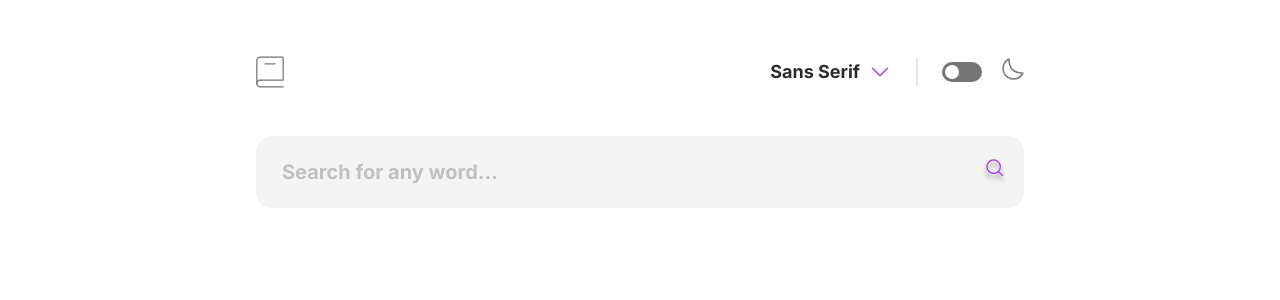
Repository: nabgouri/dictionary-web-app
Page: /
These files come from the project's save history. The page is drawn as it stood at one moment and after the next save; the edit follows.
The browser window is 1280 px wide. The pictures show the whole page.
The project was rebuilt for these pictures with package versions that can differ from the ones it lists, and the page was loaded fresh each time. Also part of the build but not shown: vite.config.js, src/components/WordSpelling.jsx, src/components/WordInfo.jsx, src/components/Footer.jsx, src/components/Error.jsx, src/components/LoadSpinner.jsx.

Above is the page before, as saved 2024-09-07 08:12:13.

### index.html
<!DOCTYPE html>
<html lang="en">
  <head>
    <meta charset="UTF-8" />
    <link rel="icon" type="image/svg+xml" href="/public/iconoir_book.svg" />
    <link rel="preconnect" href="https://fonts.googleapis.com" />
    <link rel="preconnect" href="https://fonts.gstatic.com" crossorigin />
    <link
      href="https://fonts.googleapis.com/css2?family=Inter:ital,opsz,wght@0,14..32,100..900;1,14..32,100..900&display=swap"
      rel="stylesheet"
    />
    <link rel="preconnect" href="https://fonts.googleapis.com" />
    <link rel="preconnect" href="https://fonts.gstatic.com" crossorigin />
    <link
      href="https://fonts.googleapis.com/css2?family=Lora:ital,wght@0,400..700;1,400..700&display=swap"
      rel="stylesheet"
    />
    <link rel="preconnect" href="https://fonts.googleapis.com" />
    <link rel="preconnect" href="https://fonts.gstatic.com" crossorigin />
    <link
      href="https://fonts.googleapis.com/css2?family=Inconsolata:wght@200..900&family=Lora:ital,wght@0,400..700;1,400..700&display=swap"
      rel="stylesheet"
    />
    <meta name="viewport" content="width=device-width, initial-scale=1.0" />
    <title>Dictionary web app</title>
  </head>
  <body>
    <div id="root"></div>
    <script type="module" src="/src/main.jsx"></script>
  </body>
</html>

### src/App.jsx
import Header from "./components/Header";
import Wrapper from "./components/Wrapper";
import InputFeild from "./components/InputField";
import WordSpeeling from "./components/WordSpelling";
import WordInfo from "./components/WordInfo";
import Footer from "./components/Footer";
import { useEffect, useState } from "react";
import Error from "./components/Error";
import LoadSpinner from "./components/LoadSpinner";
import { FontContext } from "./store/font-theme-context";

function App() {
  useEffect(() => {
    if (wordInfo) {
      window.scroll({ top: 0, behavior: "smooth" });
    }
  });
  const [darkMode, setDarkMode] = useState(false);
  const [wordInfo, setWordInfo] = useState(null);
  const [error, setError] = useState(null);
  const [isLoading, setIsLoading] = useState(false);
  const [font, setFont] = useState("Sans Serif");
  const handleReset = () => {
    setWordInfo(null);
    setFont("Sans Serif");
    setDarkMode(false);
  };
  const handleFont = (name) => {
    setFont(name);
  };
  const toggleTheme = () => {
    setDarkMode(!darkMode);
  };

  const fetchWordInfo = async (word) => {
    if (!word) {
      setWordInfo(null);
      return;
    }

    try {
      setIsLoading(true);
      const response = await fetch(
        `https://api.dictionaryapi.dev/api/v2/entries/en/${encodeURIComponent(
          word
        )}`
      );
      if (!response.ok) {
        throw new Error("Failed to find the word");
      }
      const data = await response.json();
      setWordInfo(data[0]);
      setError(null); // Clear any previous error
    } catch (error) {
      setError(error);
      // setWordInfo(null); // Clear word info if there's an error
    } finally {
      setIsLoading(false);
    }
  };

  const fetchSynonymsWord = (synonym) => {
    fetchWordInfo(synonym);
  };
  const fontCTX = {
    font,
    handleFont,
  };
  return (
    <FontContext.Provider value={fontCTX}>
      <Wrapper isDark={darkMode}>
        <Header
          handleReset={handleReset}
          toggleTheme={toggleTheme}
          isDark={darkMode}
        />
        <InputFeild onFetch={fetchWordInfo} />
        {error ? (
          <Error message={error} />
        ) : isLoading ? (
          <LoadSpinner />
        ) : (
          wordInfo && (
            <>
              <WordSpeeling wordInfo={wordInfo} />
              {wordInfo.meanings?.map((meaning, index) => (
                <WordInfo
                  key={index}
                  title={meaning.partOfSpeech}
                  definitions={meaning.definitions}
                  synonyms={meaning.synonyms}
                  fetchSynonymsWord={fetchSynonymsWord}
                />
              ))}
              <Footer word={wordInfo.word} />
            </>
          )
        )}
      </Wrapper>
    </FontContext.Provider>
  );
}

export default App;

### src/index.css
@tailwind base;
@tailwind components;
@tailwind utilities;

/*
  Josh's Custom CSS Reset
  https://www.joshwcomeau.com/css/custom-css-reset/
*/

* {
  margin: 0;
}

body,
.theme-sensitive {
  @apply transition-colors duration-200;
}

body {
  line-height: 1.5;
  -webkit-font-smoothing: antialiased;
}
img,
picture,
video,
canvas,
svg {
  display: block;
  max-width: 100%;
}
input,
button,
textarea,
select {
  font: inherit;
}
p,
h1,
h2,
h3,
h4,
h5,
h6 {
  overflow-wrap: break-word;
}
#root,
#__next {
  isolation: isolate;
}
.custom-bullet::marker {
  color: #8f19e8; /* Change this to your desired bullet color */
}
.audio-button {
  background-color: rgba(164, 69, 237, 0.25);
}
/* Add this to your CSS file */
.svg-rect:hover {
  fill: #a445ed;
}
@keyframes sk-chase-dot {
  80%,
  100% {
    transform: rotate(360deg);
  }
}

@keyframes sk-chase-dot-inner {
  50% {
    transform: scale(0.4);
  }
  0%,
  100% {
    transform: scale(1);
  }
}

.sk-chase-dot:nth-child(1) {
  animation-delay: -1.1s;
}
.sk-chase-dot:nth-child(2) {
  animation-delay: -1s;
}
.sk-chase-dot:nth-child(3) {
  animation-delay: -0.9s;
}
.sk-chase-dot:nth-child(4) {
  animation-delay: -0.8s;
}
.sk-chase-dot:nth-child(5) {
  animation-delay: -0.7s;
}
.sk-chase-dot:nth-child(6) {
  animation-delay: -0.6s;
}
.sk-chase-dot:nth-child(1) .sk-chase-dot-inner {
  animation-delay: -1.1s;
}
.sk-chase-dot:nth-child(2) .sk-chase-dot-inner {
  animation-delay: -1s;
}
.sk-chase-dot:nth-child(3) .sk-chase-dot-inner {
  animation-delay: -0.9s;
}
.sk-chase-dot:nth-child(4) .sk-chase-dot-inner {
  animation-delay: -0.8s;
}
.sk-chase-dot:nth-child(5) .sk-chase-dot-inner {
  animation-delay: -0.7s;
}
.sk-chase-dot:nth-child(6) .sk-chase-dot-inner {
  animation-delay: -0.6s;
}

### src/components/Header.jsx
import logo from "../assets/iconoir_book.svg";
import SelectMenu from "./SelcetMenu";

// import { }
export default function Header({
  isDark,
  toggleTheme,
  handleFont,
  handleReset,
}) {
  return (
    <header className="flex justify-between items-center cursor-pointer">
      <img
        onClick={handleReset}
        src={logo}
        alt="Home Logo"
        className=" w-7 h-8 "
      />
      <div className="flex">
        <SelectMenu handleFont={handleFont}></SelectMenu>

        <button
          onClick={toggleTheme}
          className="mr-3 md:mr-5 pl-4 md:pl-6 border-l-2 border-s-[#e9-e9-e9] "
        >
          <svg
            width="40"
            height="20"
            viewBox="0 0 40 20"
            fill="none"
            xmlns="http://www.w3.org/2000/svg"
          >
            <rect
              width="40"
              height="20"
              rx="10"
              fill={isDark ? "#a445ed" : "#757575"}
              // className="svg-rect"
            />
            <circle
              cx={isDark ? "30" : "10"}
              cy="10"
              r="7"
              fill="white"
              className="transition-all duration-300"
            />
          </svg>
        </button>
        <svg
          width="22"
          height="22"
          viewBox="0 0 22 22"
          fill="none"
          xmlns="http://www.w3.org/2000/svg"
          className="text-[#757575] dark:text-[#a445ed]"
        >
          <path
            fillRule="evenodd"
            clipRule="evenodd"
            d="M1 10.449C0.998458 12.8283 1.80169 15.1383 3.27914 17.0033C4.75659 18.8683 6.82139 20.1788 9.13799 20.7218C11.4545 21.2647 13.8866 21.0082 16.039 19.994C18.1912 18.9797 19.9373 17.2673 20.9931 15.1352C11.5442 15.1352 6.85799 10.4479 6.85799 1C5.09842 1.87311 3.61767 3.22033 2.58266 4.88981C1.54765 6.5593 0.999502 8.48469 1 10.449Z"
            stroke="currentColor"
            strokeWidth="1.5"
            strokeLinecap="round"
            strokeLinejoin="round"
          />
        </svg>
      </div>
    </header>
  );
}

### src/components/Wrapper.jsx
import { useContext } from "react";
import { FontContext } from "../store/font-theme-context";

export default function Wrapper({ children, isDark }) {
  const { font } = useContext(FontContext);
  return (
    <div className={`${isDark ? "dark" : ""}`}>
      <div className="dark:bg-[#000]  dark:text-[#fff] w-full min-h-screen pt-14 pb-28">
        <div
          className={`container  mx-auto px-6 md:px-10 lg:px-64 ${
            font === "Sans Serif" ? "font-inter" : ""
          } ${font === "Serif" ? "font-lora" : ""}
          ${font === "Mono" ? "font-inconsolata" : ""}`}
        >
          {children}
        </div>
      </div>
    </div>
  );
}

### src/components/InputField.jsx
import { useState } from "react";
import searchIcon from "../assets/Shape.svg";

export default function InputField({ onFetch }) {
  const [input, setInput] = useState("");
  const [suggestions, setSuggestions] = useState([]);

  const fetchData = async (value) => {
    if (!value) {
      setSuggestions([]);
      return;
    }

    const response = await fetch(
      `https://en.wiktionary.org/w/api.php?action=opensearch&search=${value}&limit=5&namespace=0&format=json&origin=*`
    );
    const data = await response.json();
    setSuggestions(data[1]);
  };

  const handleChange = (e) => {
    const value = e.target.value;
    setInput(value);
    fetchData(value);
  };

  const handleClickSuggestion = (suggestion) => {
    setInput(suggestion);
    onFetch(suggestion);
    setSuggestions([]);
    setInput("");
  };

  const handleKeyDown = (e) => {
    if (e.key === "Enter" && input.trim()) {
      onFetch(input);
      setSuggestions([]);
    }
  };

  return (
    <div className="relative mt-12 w-full">
      <img
        className="absolute right-4 top-1/2 bottom-1/2 transform -translate-y-1/2"
        src={searchIcon}
        alt=""
      />
      <input
        type="search"
        value={input}
        onKeyDown={handleKeyDown}
        onChange={handleChange}
        className="bg-[#f4f4f4] dark:bg-[#1f1f1f] placeholder:text-base placeholder:text-[#2d2d2d] dark:placeholder:text-[#ffffff] placeholder:opacity-25 placeholder:font-bold focus:outline-none border-2 border-transparent focus:border-[#a445ed] py-5 pl-6 pr-6 rounded-2xl w-full text-base md:text-xl font-bold md:placeholder:text-xl"
        placeholder="Search for any word..."
      />

      {suggestions.length > 0 && (
        <ul className="absolute z-10 w-full bg-white dark:bg-[#1f1f1f] border border-[#a445ed] mt-2 rounded-2xl overflow-hidden">
          {suggestions.map((suggestion, index) => (
            <li
              key={index}
              onClick={() => handleClickSuggestion(suggestion)}
              className=" text-base md:text-xl cursor-pointer p-4 hover:bg-[#f4f4f4] dark:hover:bg-[#2d2d2d]"
            >
              {suggestion}
            </li>
          ))}
        </ul>
      )}
    </div>
  );
}

### src/store/font-theme-context.jsx
import { createContext } from "react";

const FontContext = createContext({
  font: "",
  handleFont: () => {},
});

export { FontContext };

### src/components/SelcetMenu.jsx
import { motion } from "framer-motion";
import { Dispatch, SetStateAction, useState } from "react";
import { useContext } from "react";
import { FontContext } from "../store/font-theme-context";
// import { IconType } from "react-icons";

const SelectMenu = () => {
  const [open, setOpen] = useState(false);
  const { font, handleFont } = useContext(FontContext);
  const selectFont = (name) => {
    handleFont(name);
    setOpen(false);
    console.log(name);
  };
  return (
    <div className=" mr-4 md:mr-6  flex items-center justify-center ">
      <motion.div animate={open ? "open" : "closed"} className="relative">
        <button
          onClick={() => setOpen((pv) => !pv)}
          className="flex items-center gap-2   text-[#2d2d2d] dark:text-white   "
        >
          <span className="font-bold  text-sm  md:text-lg leading-6">
            {font}
          </span>
          <motion.span variants={iconVariants}>
            <svg
              xmlns="http://www.w3.org/2000/svg"
              fill="none"
              viewBox="0 0 24 24"
              strokeWidth={1.5}
              stroke="#a445ed"
              className="size-6"
            >
              <path
                strokeLinecap="round"
                strokeLinejoin="round"
                d="m19.5 8.25-7.5 7.5-7.5-7.5"
              />
            </svg>
          </motion.span>
        </button>

        <motion.ul
          initial={wrapperVariants.closed}
          variants={wrapperVariants}
          style={{ originY: "top", translateX: "-50%" }}
          className="flex flex-col z-10 gap-2 p-2 rounded-lg bg-white shadow-xl absolute top-[120%] left-[50%] w-48 overflow-hidden"
        >
          <Option setOpen={setOpen} text="Sans Serif" handleFont={selectFont} />
          <Option setOpen={setOpen} text="Serif" handleFont={selectFont} />
          <Option setOpen={setOpen} text="Mono" handleFont={selectFont} />
        </motion.ul>
      </motion.div>
    </div>
  );
};

const Option = ({ text, setOpen, handleFont }) => {
  return (
    <motion.li
      variants={itemVariants}
      onClick={() => handleFont(text)}
      className="  w-full p-2 font-bold text-sm  md:text-lg leading-6  whitespace-nowrap rounded-md hover:bg-indigo-100  text-slate-700 hover:text-[#a445ed] active:text-[rgb(164,69,237)] transition-colors cursor-pointer"
    >
      <span>{text}</span>
    </motion.li>
  );
};

export default SelectMenu;

const wrapperVariants = {
  open: {
    scaleY: 1,
    transition: {
      when: "beforeChildren",
      staggerChildren: 0.1,
    },
  },
  closed: {
    scaleY: 0,
    transition: {
      when: "afterChildren",
      staggerChildren: 0.1,
    },
  },
};

const iconVariants = {
  open: { rotate: 180 },
  closed: { rotate: 0 },
};

const itemVariants = {
  open: {
    opacity: 1,
    y: 0,
    transition: {
      when: "beforeChildren",
    },
  },
  closed: {
    opacity: 0,
    y: -15,
    transition: {
      when: "afterChildren",
    },
  },
};

### tailwind.config.js
/** @type {import('tailwindcss').Config} */
export default {
  content: [
    "./index.html",
    "./src/**/*.{js,ts,jsx,tsx}",
  ],
  theme: {
    extend: {
      fontFamily: {
        inter: ['Inter', 'sans-serif'],
        lora: ["Lora", 'serif'],
        inconsolata: ["Inconsolata", 'monospace']
      },
      keyframes: {
        rotateplane: {
          '0%': {
            transform: 'perspective(120px) rotateX(0deg) rotateY(0deg)',
            '-webkit-transform': 'perspective(120px) rotateX(0deg) rotateY(0deg)',
          },
          '50%': {
            transform: 'perspective(120px) rotateX(-180.1deg) rotateY(0deg)',
            '-webkit-transform': 'perspective(120px) rotateX(-180.1deg) rotateY(0deg)',
          },
          '100%': {
            transform: 'perspective(120px) rotateX(-180deg) rotateY(-179.9deg)',
            '-webkit-transform': 'perspective(120px) rotateX(-180deg) rotateY(-179.9deg)',
          },
        },
      },
      animation: {
        rotateplane: 'rotateplane 1.2s infinite ease-in-out',
      },
    },
  },
  plugins: [],
  darkMode: 'selector',
  safelist: [
    'font-inter',
    'font-lora',
    'font-inconsolata',
  ],
};

Loaded but not shown: src/main.jsx (common file)

After the next save:
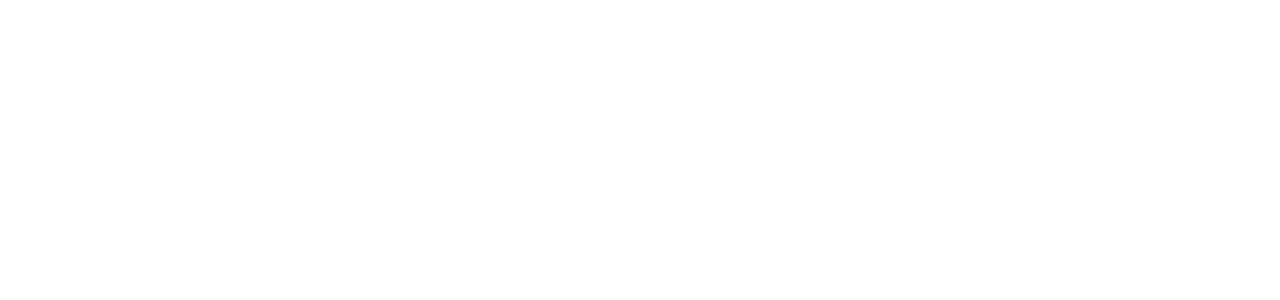
Console error: ReferenceError: Cannot access 'wordInfo' before initialization
Saved 11 s later.
--- a/src/App.jsx
+++ b/src/App.jsx
@@ -14,7 +14,7 @@
     if (wordInfo) {
       window.scroll({ top: 0, behavior: "smooth" });
     }
-  });
+  }, [wordInfo]);
   const [darkMode, setDarkMode] = useState(false);
   const [wordInfo, setWordInfo] = useState(null);
   const [error, setError] = useState(null);

After the save that followed:
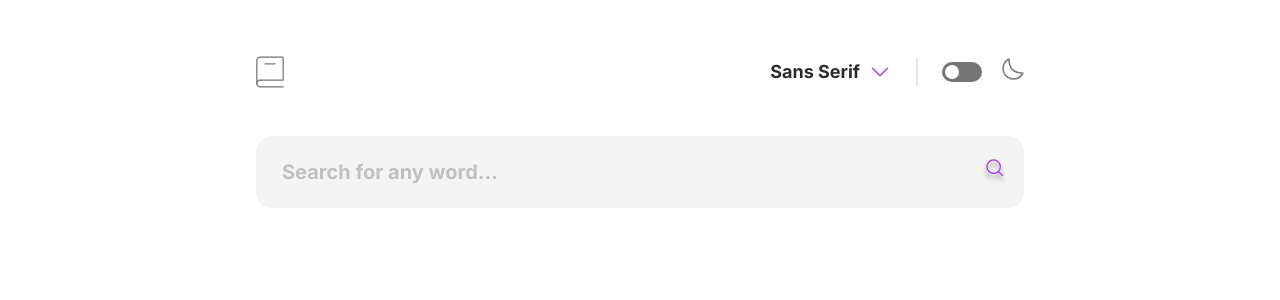
The error is gone.
Saved 11 s later.
--- a/src/App.jsx
+++ b/src/App.jsx
@@ -10,16 +10,16 @@
 import { FontContext } from "./store/font-theme-context";
 
 function App() {
+  const [darkMode, setDarkMode] = useState(false);
+  const [wordInfo, setWordInfo] = useState(null);
+  const [error, setError] = useState(null);
+  const [isLoading, setIsLoading] = useState(false);
+  const [font, setFont] = useState("Sans Serif");
   useEffect(() => {
     if (wordInfo) {
       window.scroll({ top: 0, behavior: "smooth" });
     }
   }, [wordInfo]);
-  const [darkMode, setDarkMode] = useState(false);
-  const [wordInfo, setWordInfo] = useState(null);
-  const [error, setError] = useState(null);
-  const [isLoading, setIsLoading] = useState(false);
-  const [font, setFont] = useState("Sans Serif");
   const handleReset = () => {
     setWordInfo(null);
     setFont("Sans Serif");
